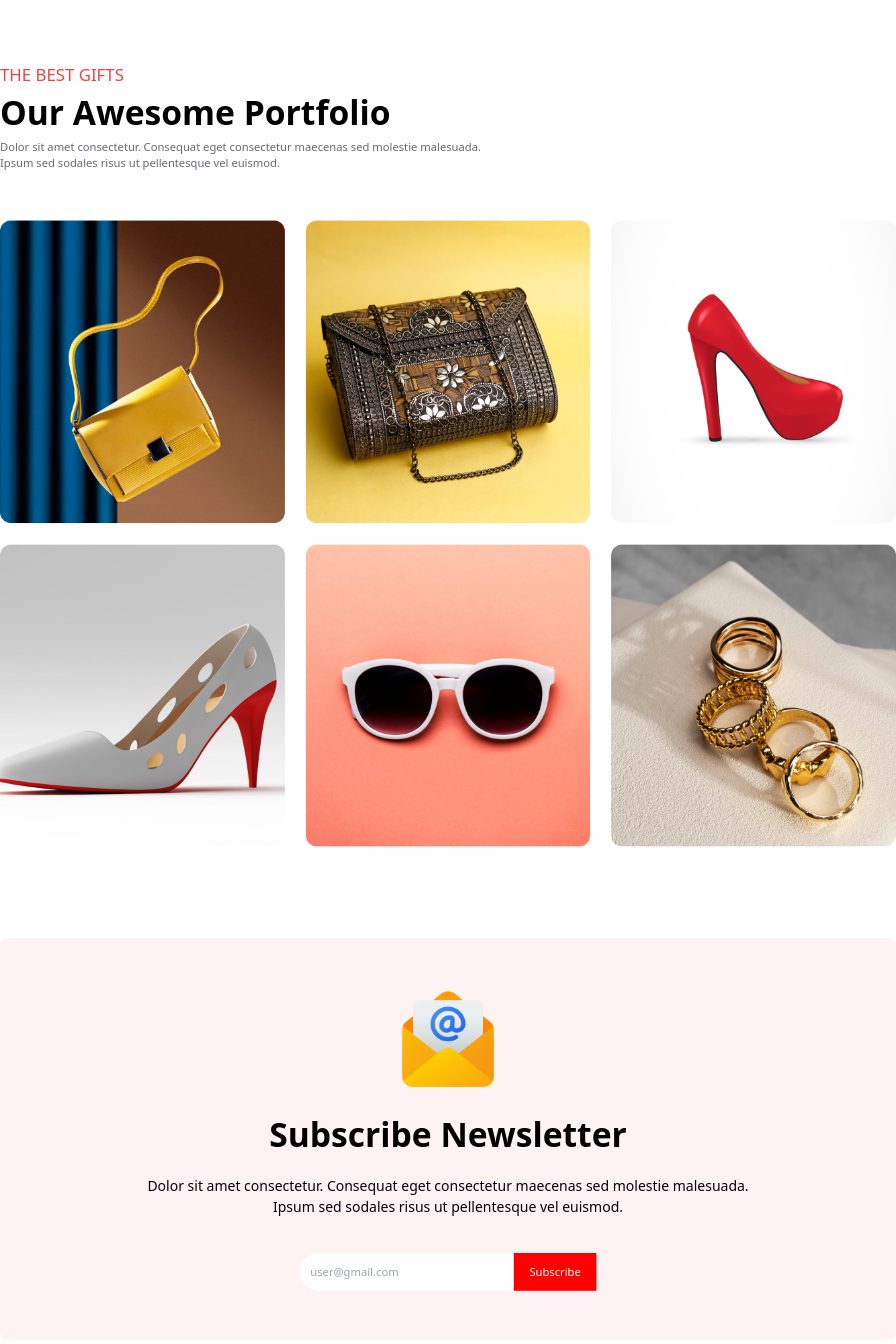
Repository: nahid-hasann/landing-page-1
Page: index.html
These files come from the project's save history. The page is drawn as it stood at one moment and after the next save; the edit follows.
The browser window is 1280 px wide. The pictures show the part of the page from y = 4580 to 6500 px (the page is 6624 px tall), at 70% of full size.
Some web libraries are served in a nearby version.

Above is the page before, as saved 2025-07-09 22:15:34.

### index.html
<!DOCTYPE html>
<html lang="en">
<head>
    <meta charset="UTF-8">
    <meta name="viewport" content="width=device-width, initial-scale=10">
    <title>Document</title>
    <link rel="stylesheet" href="style.css">
    <script src="https://cdn.tailwindcss.com"></script>

</head>
<body>

<main class="main">

  <section>
      <div class="banner">

        <h6 style="color: white; text-align: center;">Happy New Year</h6>
        <h1 style="color: white; text-align: center;">New Year Party Celebration</h1>

    </div>
  </section>

<section class="discount-section">
      <div class="discount">

      <h1 class="discount-of">65% OFF</h1>
      <br>
      <br>
      <br>
      <p class="discount-p">OUR HOLIDAY DEALS ARE BETTER</p>
      <br>
      <h4 class="discount-h">ALL CATEGORIES</h4>
      <br>
      <img style="width: 802px; text-align: center; margin: auto;" src="images/New Year Photo.png" alt="">

  </div>
</section>

<section class="midnight-party">
      <div>
        <h1 style="font-size: 64px; color: white;">Welcome to midnight party</h1>
        <br>
        <p style="font-size: 18px; color: #b09f7c;">Dolor sit amet consectetur. Consequat eget consectetur maecenas sed molestie malesuada. Ipsum sed sodales risus ut pellentesque vel euismod. </p>
        <br>
        <p style="font-size: 20px ; font-weight: 700; color: white;">Join Now</p>
      </div>

      <img src="images/Group 70.png" alt="">

</section >

<section class=" offer">

         <p style="font-size: 30px;"><span style="color: red; font-size: 30px;">Place:</span> New Park Hotel</p>
         <br>
         <p style="font-size: 30px;"><span style="color: red; font-size: 30px;">Date:</span> 31 December Night 2023</p>
         <br>
         <p style="font-size: 30px;"><span style="color: red; font-size: 30px;">Time:</span> Evening 7.30 pm to 12.30 am</p>
         <br>
         <br>
         <button class="btn">Join Now</button>

</section>


<section class="new-best-offer">

<div class="new-offer1">
  <p style="font-size: 24px; color: red;">NEW BEST OFFER</p>
  <br>
  <h1 style="font-size: 48px;">Coming Soon</h1>
  <br>
  <p style="font-size: 20px ; color: rgba(7, 2, 17, 0.6);">Dolor sit amet consectetur. Consequat eget consectetur maecenas sed molestie malesuada. Ipsum sed sodales risus ut pellentesque vel euismod. </p>
</div>

<div style="padding-right: 100px;" class="new-offer2">
    <div class="circle-border">
      <img style="width: 364px; " src="images/Ellipse 1.png" alt="">
    </div>
</div>

<div class="new-offer3">
      <h2>2024</h2>
      <p>Dolor sit amet consectetur. Consequat eget consectetur maecenas sed.</p>
      <img src="images/Group 96.png" alt="">
</div>

</section>


<section class="holidays">

  <div>
    <p style="font-size: 24px ; text-align: center;">WHAT IS FUNCTIONAL</p>
    <br>
    <h1 style="font-size: 72px; text-align: center;"><span style="color: red; text-align: center;">Holidays</span> Sale 50%</h1>
    <br>
    <p style="text-align: center; font-size: 18px ; padding: 0px 100px;">Dolor sit amet consectetur. Consequat eget consectetur maecenas sed <br>
molestie malesuada. Ipsum sed  sodales risus ut pellentesque vel euismod. Eleifend nunc purus quam id <br> fermentum amet amet sit consectetur.</p>
  </div>

  <div class="holidays-img">
    <img class="img1" src="images/Group 75.png" alt="">
    <img class="img2" src="images/Group 44.png" alt="">
  </div>


</section>


<section class="img-show mb-[130px]">

   <div>
    <p class="text-red-500  text-[24px]">THE BEST GIFTS</p>
    <h1 class="text-[48px] font-bold">Our Awesome Portfolio</h1>
    <p class="text-[rgba(7,2,17,0.6)]">Dolor sit amet consectetur. Consequat eget consectetur maecenas sed molestie malesuada. <br>
    Ipsum sed sodales risus ut pellentesque vel euismod. </p>
   </div>

   <div class="img-show-1">
    <img src="images/Rectangle 3.png" alt="">
    <img src="images/Rectangle 4.png" alt="">
    <img src="images/Rectangle 5.png" alt="">
    <img src="images/Rectangle 6.png" alt="">
    <img src="images/Rectangle 7.png" alt="">
    <img src="images/Rectangle 8.png" alt="">
   </div>

</section>

<section class="subscrib-news-latter mb-[130px]">
     <div class="subscription">
      <img class="w-[150px] h-[150px]" src="images/Group 61.png" alt="">
      <br>
      <h1 class="text-[48px] font-bold">Subscribe Newsletter</h1>
      <br>
      <p class="text-[20px] text-[#070211]">Dolor sit amet consectetur. Consequat eget consectetur maecenas sed molestie malesuada.
        <br> Ipsum sed sodales risus ut pellentesque vel euismod. </p>
     </div>

     <div class="news-latter">
      <input type="email" placeholder="user@gmail.com">
      <button>Subscribe</button>
     </div>
</section>

</main>





</body>
</html>

### style.css
*{
    margin: 0;
    padding: 0;
    box-sizing: border-box;
}

.main{
    max-width: 1320px;
    margin: auto;
}

.banner{
    background: linear-gradient(rgba(0, 0, 0, 0.5), rgba(0, 0, 0, 0.5)), url(images/banner.png);
    background-repeat: no-repeat;
    background-size: cover;
    background-position: center;
    margin: 20px auto;
    height: 600px;
    display: flex;
    flex-direction: column;
    justify-content: center;
    border-radius: 15px;

}

.banner h1 {
   font-size: 72px;
}

.banner h6{
    font-size: 32px;
}

.discount{
    display: flex;
    flex-direction: column;
    justify-content: center;
    align-items: center;
}

.discount-of{
    font-size: 88px;
    color: red;
}

.discount-p{
    font-size: 24px ;
    color: red;

}

.discount-h{
    font-size: 48px;
}

.discount-section{
    margin: 130px 0;
}

.midnight-party{
    display: flex;
    justify-content: space-around;
    background: linear-gradient(rgba(0, 0, 0, 0.5), rgba(0, 0, 0, 0.5)), url('images/Vectorrr.png');
    align-items: center;
    padding: 40px 100px;
    border-radius: 10px;
    gap: 40px;
    margin-bottom: 130px;
}

.offer{
    background: linear-gradient(to bottom, #ffeaea, #ffffff);
    padding: 100px;
    display: flex;
    flex-direction: column;
    align-items: center;
    margin-bottom: 130px;
    border-radius: 10px;
}

.btn{
    padding: 13px 24px;
    border: none;
    background-color: red;
    border-radius: 5px;
}

.new-best-offer{
    display: flex;
    gap: 50px;
    align-items: center;
    justify-content: space-between;
    margin: 130px auto;
}

.new-offer2 .circle-border{
    width: 500px;
    height: 500px;
    border-radius: 50%;
    display: flex;
    justify-content: center;
    background: transparent;
    align-items: center;
    border: 20px solid red;

}

.new-offer2 img {
    width: 90%;                 /* Size adjust */
    height: auto;
    object-fit: cover;          /* Maintain image aspect */
}

.holidays{
    margin-bottom: 130px;
}

.img1{
    width: 674px;
}

.img2{
    width: 200px;
    margin-bottom: 300px;
    margin-right: 70px;
}

.holidays-img{
    background-image: url('images/rectangle.png');
    background-repeat: no-repeat;
    background-position: center bottom;
    display: flex;
    justify-content: space-between;
    align-items: flex-end;
    margin-top: 50px;
}

.img-show-1{

    display: grid;
    grid-template-columns: 1fr 1fr 1fr;
    column-gap: 30px;
    row-gap: 30px;
    margin-top: 70px;
}

.subscription{
    display: flex;
    flex-direction: column;
    justify-content: center;
    align-items: center;
    text-align: center;
}

.subscrib-news-latter{
    background: #fff2f2;
    padding: 70px 130px;
    border-radius: 10px;

}

.news-latter {
    display: flex;
    justify-content: center;
    margin-top: 50px;
}

.news-latter input{
    background-color: rgba(255, 255, 255, 1);
    padding: 15px 60px 15px 15px;
    border-radius: 9999px 0 0 9999px;
}

.news-latter button{
    background-color: red;
    padding: 15px 22px 15px 22px;
    color: white;
    text-align: center;
    border-radius: 0 ;
}

After the next save:
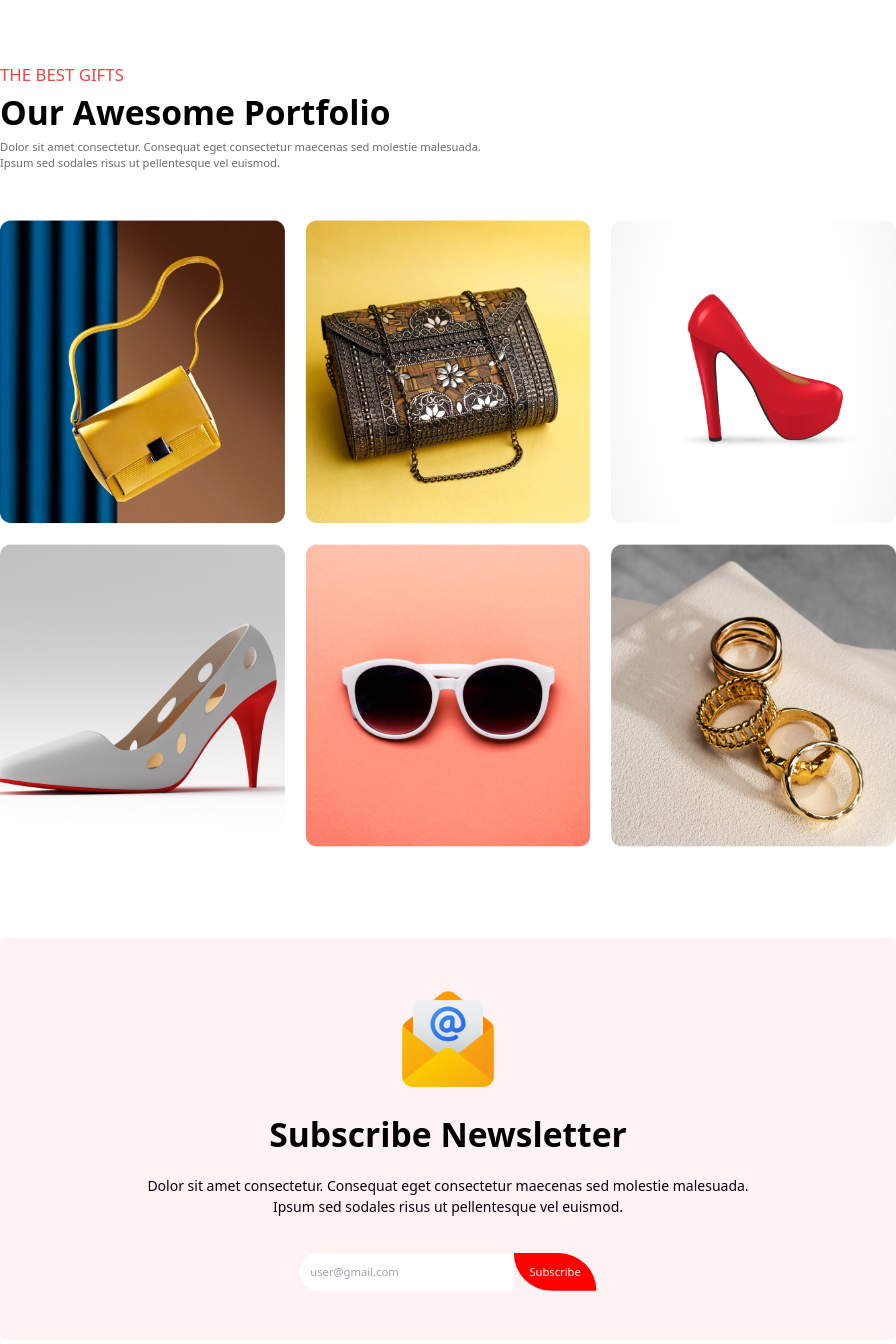
Saved 4 s later.
--- a/style.css
+++ b/style.css
@@ -176,5 +176,5 @@
     padding: 15px 22px 15px 22px;
     color: white;
     text-align: center;
-    border-radius: 0 ;
+    border-radius: 0 9999px ;
 }
